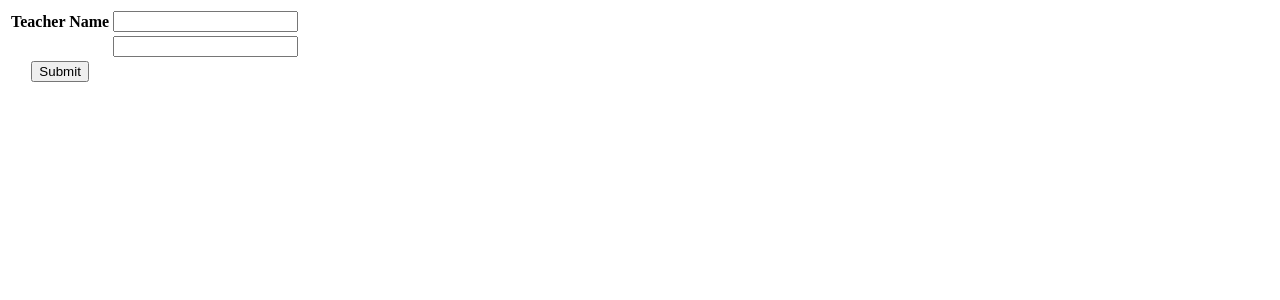
Repository: sisbhumi/LearnersAcademyApp
Page: BackendAdmin/src/main/webapp/addTeacher.html
An editor plug-in stored every save of this project. The page is shown before and after the next save, followed by the edit.
The browser window is 1280 px wide. The pictures show the whole page.

Above is the page before, as saved 2023-03-25 06:54:17.

### BackendAdmin/src/main/webapp/addTeacher.html
<!DOCTYPE html>
<html>
<head>
<meta charset="ISO-8859-1">
<title>Add Teacher</title>
</head>
<body>
	<form action="addStudent" method="post">
		<table>
			<tr>
				<th>Teacher Name</th>
				<th><input type="text" name="stu_name" /></th>
			</tr>

			<tr>
				<th></th>
				<th><input type="text" name="stu_class" /></th>
			</tr>
			<th><input type="submit" name="add" />
		</table>

	</form>

</body>
</html>

After the next save:
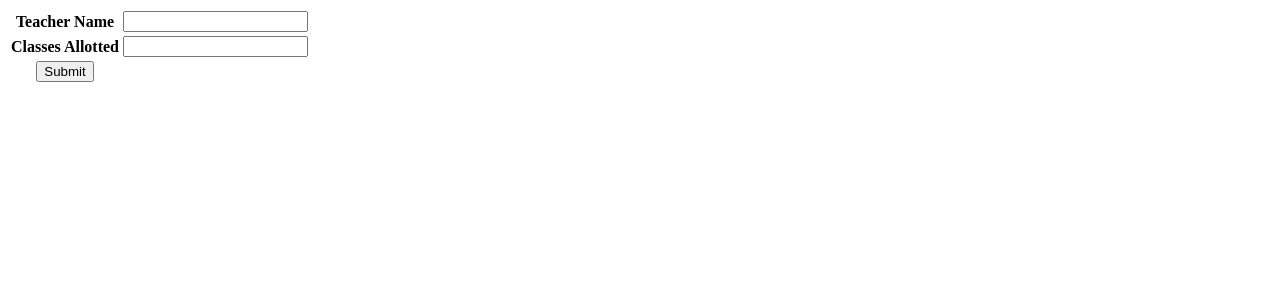
Saved 4 min 9 s later.
--- a/BackendAdmin/src/main/webapp/addTeacher.html
+++ b/BackendAdmin/src/main/webapp/addTeacher.html
@@ -5,7 +5,7 @@
 <title>Add Teacher</title>
 </head>
 <body>
-	<form action="addStudent" method="post">
+	<form action="addTeacher" method="post">
 		<table>
 			<tr>
 				<th>Teacher Name</th>
@@ -13,13 +13,11 @@
 			</tr>
 
 			<tr>
-				<th></th>
+				<th>Classes Allotted</th>
 				<th><input type="text" name="stu_class" /></th>
 			</tr>
 			<th><input type="submit" name="add" />
 		</table>
-
 	</form>
-
 </body>
 </html>
